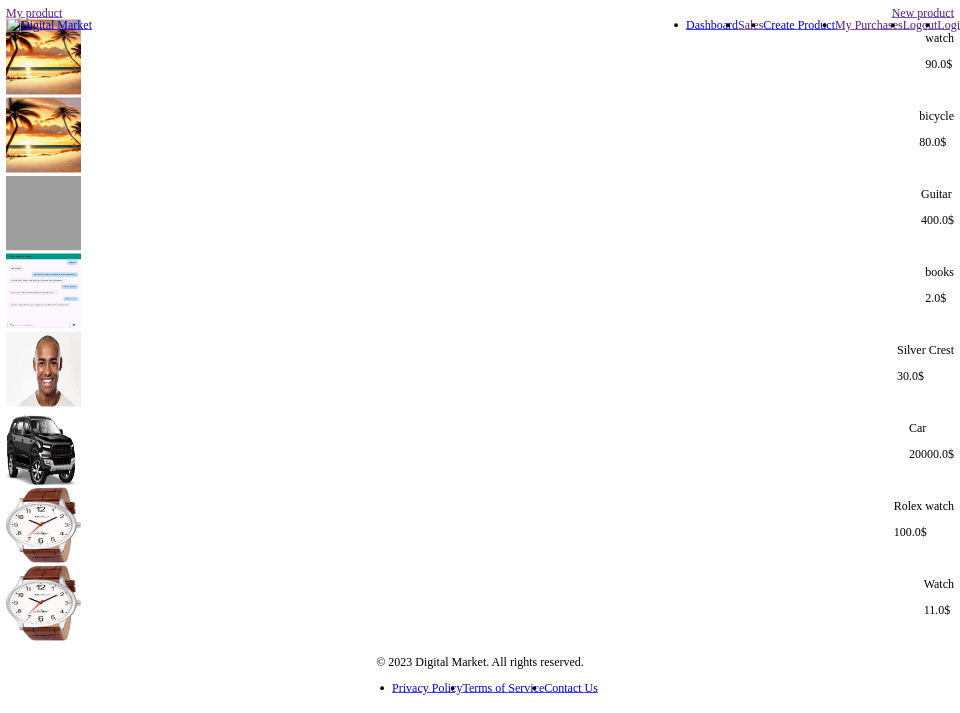
Repository: Zedestar/DigitalMarket_django
Page: http://localhost/dashboard/
An editor plug-in stored every save of this project. The page is shown before and after the next save, followed by the edit.
The browser window is 1280 px wide. The pictures show the whole page, at 75% of full size.
Pictures or frames that could not be fetched are drawn as grey boxes. The page is served by the project's application, run on Django 5.2 (manage.py). Other server files are loaded and not shown. Style sheets and scripts are compiled from the project's sources, by tool versions that may differ from the author's. The page reads the database file committed with the project.

Above is the page before, as saved 2025-03-28 16:34:09.

### myapp/templates/myapp/dashboard.html
{% extends 'base.html' %}
{% block body %}
    <div class="m-4">
        <div class="flex justify-between shadow-sm py-4">
            <a href="" class="text-lg font-bold">My product</a>
            <div class="bg-green-600">
                <a href="" class="font-bold text-lg text-white p-8">New product</a>
            </div>
        </div>
    </div>
    <div class="m-5">
        {% for product in products %}
            <div class="shadow-sm m-2 p-2">
                <div class="flex justify-between">
                    <div class="w-36 h-36">
                        <img src="{{ product.photo.url }}"
                             alt="{{ product.name }}"
                             class="w-42 h-42 object-center"
                             height="100px"
                             width="100px">
                    </div>
                    <div>
                        <p>{{ product.name }}</p>
                        <p>{{ product.price }}$</p>
                    </div>
                </div>
                <div></div>
                <div></div>
                <div></div>
            </div>
        {% endfor %}
    </div>
{% endblock body %}

### templates/base.html
{% load static %}
<!DOCTYPE html>
<html lang="en">
    <head>
        <meta charset="UTF-8">
        <meta name="viewport" content="width=device-width, initial-scale=1.0">
        <meta name="keywords">
        <meta name="description">
        <title>Document</title>
        <link rel="stylesheet" href="{% static 'tailwind/styles.css' %}">
    </head>
    <body class="bg-gray-200 flex flex-col min-h-screen">
        {% include 'partials/navbar.html' %}
        {% if messages %}
            <div id="successModal"
                 class="fixed inset-0 flex items-center justify-center bg-gray-900 bg-opacity-50">
                <div class="bg-white rounded-lg p-6 w-96 shadow-lg">
                    <h2 class="text-lg font-bold text-green-600">Success</h2>
                    <p class="mt-2 text-gray-600">
                        {% for message in messages %}{{ message }}{% endfor %}
                    </p>
                    <button onclick="closeModal()"
                            class="mt-4 bg-green-500 text-white px-4 py-2 rounded hover:bg-green-600">OK</button>
                </div>
            </div>
            <script>
    document.addEventListener("DOMContentLoaded", function () {
        var successModal = document.getElementById("successModal");
        if (successModal) {
            setTimeout(() => {
                successModal.style.display = "none";
            }, 3000); // Auto-hide after 3 seconds
        }
    });

    function closeModal() {
        document.getElementById("successModal").style.display = "none";
    }
            </script>
        {% endif %}
        <main class="flex-1 mt-10">
            {% block body %}
            {% endblock body %}
        </main>
        {% include 'partials/footer.html' %}
    </body>
</html>

### templates/partials/navbar.html
<nav class="fixed top-0 w-full z-10">
    <div class="flex justify-between shadow-lg py-2 text-sm font-medium">
        <a href="{% url 'index_view' %}"
           class="flex items-center justify-center ml-6">
            <img src="" alt="" height="20px" width="20px">
            <span class="mx-2 text-green-600 text-24">Digital Market</span>
        </a>
        <ul class="mr-6 flex">
            <li class="mx-4">
                <a href="{% url 'dashboard' %}">Dashboard</a>
            </li>
            <li class="mx-4">
                <a href="">Sales</a>
            </li>
            <li class="mx-4">
                <a href="{% url 'create_product' %}">Create Product</a>
            </li>
            <li class="mx-4">
                <a href="">My Purchases</a>
            </li>
            <li class="mx-4">
                <a href="">Logout</a>
            </li>
            <li class="mx-4">
                <a href="">Login</a>
            </li>
        </ul>
    </div>
</nav>

### templates/partials/footer.html
<footer class="bg-gray-200 text-black py-1 shadow-lg bottom-0 w-full">
    <div class="container mx-auto text-center">
        <p>&copy; 2023 Digital Market. All rights reserved.</p>
        <ul class="flex justify-center">
            <li class="mx-4">
                <a href="#" class="hover:underline">Privacy Policy</a>
            </li>
            <li class="mx-4">
                <a href="#" class="hover:underline">Terms of Service</a>
            </li>
            <li class="mx-4">
                <a href="#" class="hover:underline">Contact Us</a>
            </li>
        </ul>
    </div>
</footer>

### myapp/models.py
from django.db import models
from django.conf import settings

# Create your models here.


class Category(models.Model):
    name = models.CharField(max_length=100, null=False, blank=False)
    description = models.TextField(null=True, blank=True)

    def __str__(self):
        return self.name



class Product(models.Model):
    name = models.CharField(max_length=100, null=False, blank=False)
    description = models.TextField()
    price = models.FloatField(null=False, blank=False)
    category = models.ForeignKey(Category, blank=False, null=True, on_delete=models.SET_NULL)
    photo = models.ImageField(upload_to='product-photos')
    created_at = models.DateTimeField(auto_now_add=True)
    updated_at = models.DateTimeField(auto_now=True)

    def __str__(self):
        return self.name


class Order(models.Model):
    user = models.ForeignKey(settings.AUTH_USER_MODEL, related_name="orders", on_delete=models.PROTECT)
    created_at = models.DateTimeField(auto_now_add=True)
    updated_at = models.DateTimeField(auto_now=True)
    total_amount = models.FloatField(default=0)
    status = models.CharField(max_length=100, choices=[
        ('Pending', 'Pending'),
        ('Completed', 'Completed'),
        ('Cancelled', 'Cancelled'),
        ], default='Pending')

    def __str__(self):
        return f"{ self.user.username} - {self.total_amount}"



class OrderItem(models.Model):
    order = models.ForeignKey(Order, related_name="items", on_delete=models.CASCADE)
    product = models.ForeignKey(Product, on_delete=models.PROTECT)
    quantity = models.IntegerField(default=1)
    color = models.CharField(max_length=100, choices=[
        ('Red', 'Red'),
        ('Blue', 'Blue'),
        ('Green', 'Green'),
        ('Brown', 'Brown'),

    ],  default='Red')



    def __str__(self):
        return f"Delivery {self.order.user} - {self.status}"

### myapp/views.py
from django.shortcuts import render, redirect
from django.contrib import messages
from .models import Product
from .forms import ProductForm

# Create your views here.


def index(request):
    products = Product.objects.all()
    context = {
        'products' : products
    }
    return render(request, 'myapp/index.html', context=context)


def product_details(request, pk):
    product = Product.objects.get(pk=pk)
    context = {
        'product' : product
    }
    return render(request, 'myapp/product_details.html', context=context)


def create_product(request):
    if request.method == "POST":
        form = ProductForm(request.POST, request.FILES)
        if form.is_valid():
            form.save()
            messages.success(request, "Product created successfully")
            return redirect("index_view")
    else:
        form = ProductForm()
    context = {
        "form" : form,
    }
    return render(request, 'myapp/create_product.html', context=context)


def edit_product(request, pk):
    product_to_edit = Product.objects.get(pk=pk)
    if request.method == "POST":
        form = ProductForm(request.POST, request.FILES, instance=product_to_edit)
        if form.is_valid():
            form.save()
            messages.success(request, "Product updated successfully")
            return redirect("index_view")
        else:
            messages.error(request, f"{form.errors}")
    else:
        form = ProductForm(instance=product_to_edit)
    context = {
        "form":form
    }
    return render(request, 'myapp/edit_product.html', context=context)


def delete_product(request, pk):
    product_to_delete = Product.objects.get(pk=pk)
    context = {
        'product' : product_to_delete
    }
    if request.method == "POST":
        messages.success(request, f"{product_to_delete.name} deleted successfully")
        product_to_delete.delete()
        return redirect("index_view")
    return render(request, 'myapp/delete_product.html', context=context)


def dashboard(request):
    products = Product.objects.all()
    context = {
        "products":products
    }
    return render(request, 'myapp/dashboard.html', context=context)

### DigitalMarket/urls.py
"""
URL configuration for DigitalMarket project.

The `urlpatterns` list routes URLs to views. For more information please see:
    https://docs.djangoproject.com/en/5.1/topics/http/urls/
Examples:
Function views
    1. Add an import:  from my_app import views
    2. Add a URL to urlpatterns:  path('', views.home, name='home')
Class-based views
    1. Add an import:  from other_app.views import Home
    2. Add a URL to urlpatterns:  path('', Home.as_view(), name='home')
Including another URLconf
    1. Import the include() function: from django.urls import include, path
    2. Add a URL to urlpatterns:  path('blog/', include('blog.urls'))
"""
from django.contrib import admin
from django.urls import path, include
from django.conf import settings
from django.conf.urls.static import static

urlpatterns = [
    path('admin/', admin.site.urls),
    path('', include('myapp.urls')),
]

urlpatterns += static(settings.MEDIA_URL, document_root=settings.MEDIA_ROOT)

### myapp/urls.py
from .  import views
from django.urls import path

urlpatterns = [
    path('', views.index, name='index_view'),
    path('product_details/<str:pk>/', views.product_details, name='product_details'),
    path('create_product', views.create_product, name='create_product'),
    path('edit_product/<str:pk>/', views.edit_product, name='edit_product'),
    path('delete_product/<str:pk>/', views.delete_product, name='delete_product'),
    path('dashboard/', views.dashboard, name='dashboard'),
]

### db.sqlite3 (the tables this page reads, as SQL)
CREATE TABLE "myapp_product" ("id" integer NOT NULL PRIMARY KEY AUTOINCREMENT, "name" varchar(100) NOT NULL, "description" text NOT NULL, "price" real NOT NULL, "created_at" datetime NOT NULL, "updated_at" datetime NOT NULL, "photo" varchar(100) NOT NULL, "category_id" bigint NULL REFERENCES "myapp_category" ("id") DEFERRABLE INITIALLY DEFERRED);
INSERT INTO "myapp_product" VALUES
(5, 'watch', 'This is german watch', 90.0, '2025-03-19 15:09:57.364696', '2025-03-19 15:09:57.364696', 'product-photos/wallpaper_T6tvKyB.jpg', NULL),
(6, 'bicycle', 'THis is electric bucycle', 80.0, '2025-03-19 15:11:28.591059', '2025-03-19 15:11:28.591059', 'product-photos/wallpaper_3pVK7fH.jpg', NULL),
(7, 'Guitar', 'This is electric guiatar made with steal', 400.0, '2025-03-19 15:36:16.491002', '2025-03-19 15:36:16.496000', 'product-photos/zedddy.jpg', NULL),
(8, 'books', 'Made in China', 2.0, '2025-03-19 17:16:41.118921', '2025-03-19 17:16:41.118921', 'product-photos/tempFileForShare_20250207-083344.jpg', NULL),
(9, 'Silver Crest', 'Heavy duty', 30.0, '2025-03-19 17:18:02.422139', '2025-03-19 17:18:02.422139', 'product-photos/african_men.jpg', NULL),
(11, 'Car', 'Best self car', 20000.0, '2025-03-28 05:17:11.976292', '2025-03-28 05:17:11.976292', 'product-photos/Carrr.png', 1),
(12, 'Rolex watch', 'Water proof watch', 100.0, '2025-03-28 05:26:45.633340', '2025-03-28 05:26:45.633340', 'product-photos/watch.jpg', 2),
(13, 'Watch', 'This is the form resulted after edited', 11.0, '2025-03-28 05:38:41.486585', '2025-03-28 07:27:57.234266', 'product-photos/watch_FlOU8Bs.jpg', 2);

Loaded but not shown: static/tailwind/tailwindClasses.css (common file)

After the next save:
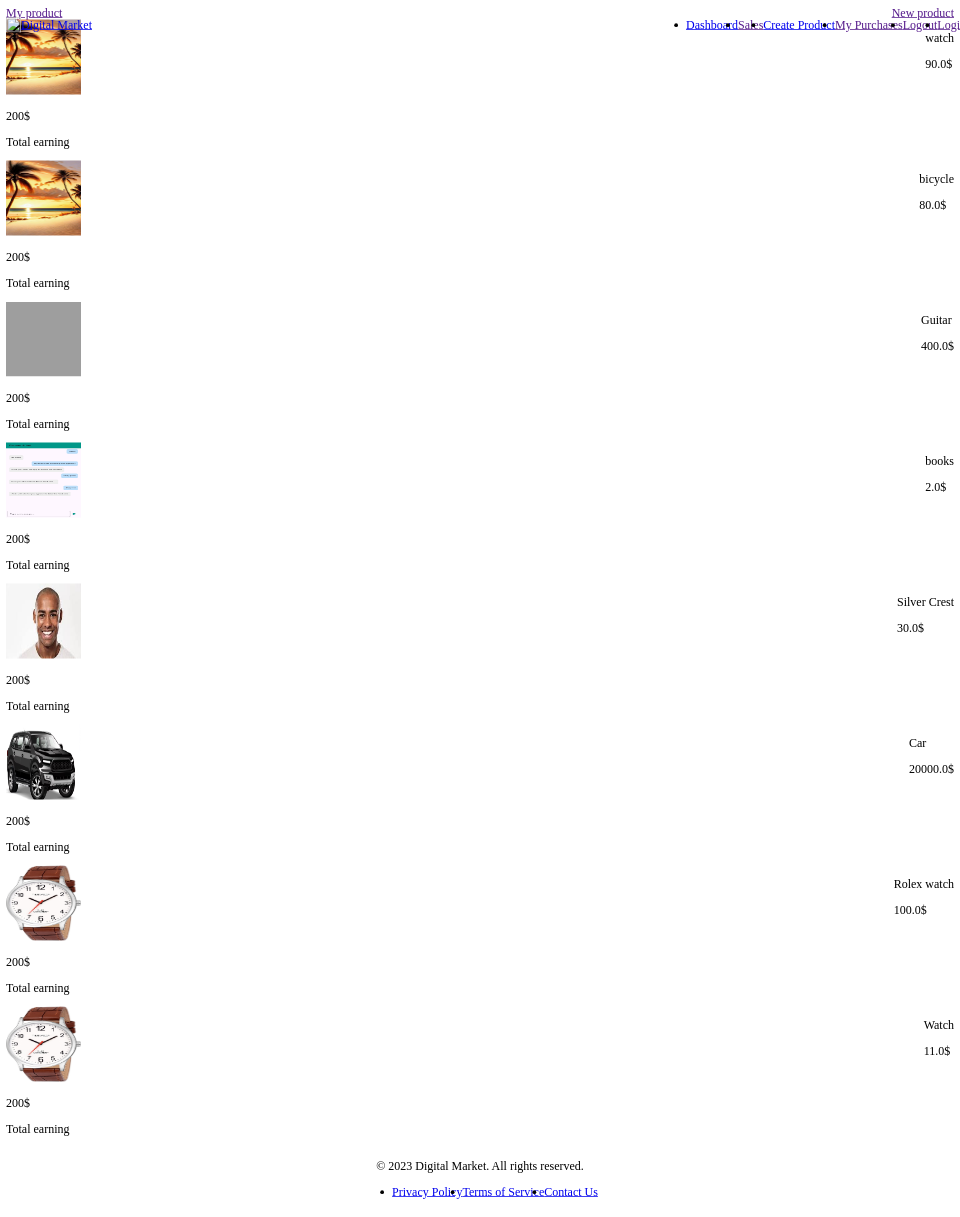
Saved 30 s later.
--- a/myapp/templates/myapp/dashboard.html
+++ b/myapp/templates/myapp/dashboard.html
@@ -24,7 +24,10 @@
                         <p>{{ product.price }}$</p>
                     </div>
                 </div>
-                <div></div>
+                <div>
+                    <p>200$</p>
+                    <p>Total earning</p>
+                </div>
                 <div></div>
                 <div></div>
             </div>
